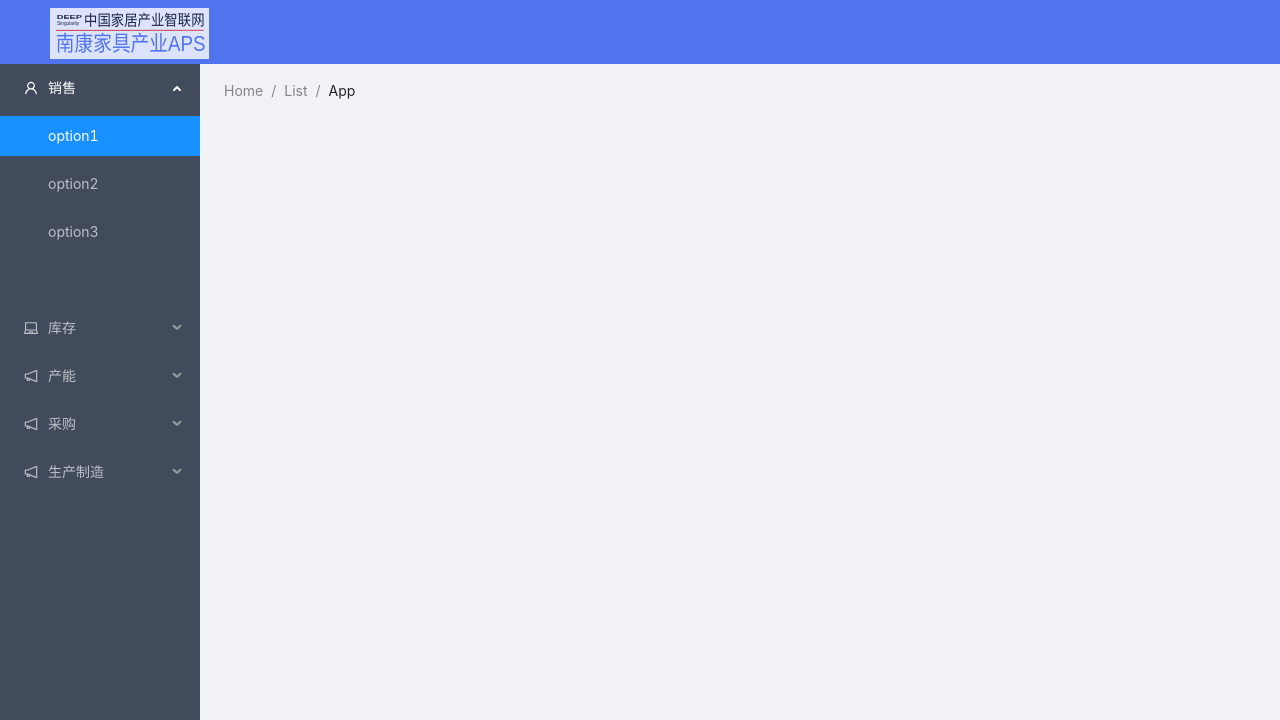
Repository: Vsran/management
Page: /main
An editor plug-in stored every save of this project. The page is shown before and after the next save, followed by the edit.
The browser window is 1280 px wide. The pictures show the whole page.
The project was rebuilt for these pictures with package versions that can differ from the ones it lists, and the page was loaded fresh each time. Also part of the build but not shown: src/pages/login.js, src/pages/register/index.js.

Above is the page before, as saved 2021-02-19 14:56:07.

### public/index.html
<!DOCTYPE html>
<html lang="en">
  <head>
    <meta charset="utf-8" />
    <link rel="icon" href="%PUBLIC_URL%/favicon.ico" />
    <meta name="viewport" content="width=device-width, initial-scale=1" />
    <meta name="theme-color" content="#000000" />
    <meta
      name="description"
      content="Web site created using create-react-app"
    />
    <link rel="apple-touch-icon" href="%PUBLIC_URL%/logo192.png" />
    <!--
      manifest.json provides metadata used when your web app is installed on a
      user's mobile device or desktop. See https://developers.google.com/web/fundamentals/web-app-manifest/
    -->
    <link rel="manifest" href="%PUBLIC_URL%/manifest.json" />
    <!--
      Notice the use of %PUBLIC_URL% in the tags above.
      It will be replaced with the URL of the `public` folder during the build.
      Only files inside the `public` folder can be referenced from the HTML.

      Unlike "/favicon.ico" or "favicon.ico", "%PUBLIC_URL%/favicon.ico" will
      work correctly both with client-side routing and a non-root public URL.
      Learn how to configure a non-root public URL by running `npm run build`.
    -->
    <title>management</title>
  </head>
  <body>
    <noscript>You need to enable JavaScript to run this app.</noscript>
    <div id="root"></div>
    <!--
      This HTML file is a template.
      If you open it directly in the browser, you will see an empty page.

      You can add webfonts, meta tags, or analytics to this file.
      The build step will place the bundled scripts into the <body> tag.

      To begin the development, run `npm start` or `yarn start`.
      To create a production bundle, use `npm run build` or `yarn build`.
    -->
  </body>
</html>

### src/index.js
import React from "react";
import ReactDOM from "react-dom";
import reportWebVitals from "./reportWebVitals";
import App from "./App";
import { Provider } from "react-redux";
import { store } from './redux/store';

ReactDOM.render(
  <React.StrictMode>
    <Provider store={store}>
      <App />
    </Provider>
  </React.StrictMode>,
  document.getElementById("root")
);

// If you want to start measuring performance in your app, pass a function
// to log results (for example: reportWebVitals(console.log))
// or send to an analytics endpoint. Learn more: https://bit.ly/CRA-vitals
reportWebVitals();

### src/App.js
import {
  BrowserRouter as Router,
  Switch,
  Route,
} from 'react-router-dom';
import LogIn from "./pages/login";
import Register from "./pages/register";

import "antd/dist/antd.css";
import { renderRoute } from 'react-router-config';
import UserLayOut from './components/layout/userLayout';

function Authorized() {

}
const routes = [
  {
    component: () => <div>Root</div>,
    routes: [
      {
        path: '/',
        label: '首页',
        exact: true,
        component: () => <div>home</div>
      },

    ]
  }
]

export default function App() {
  return (
    <Router>
      <Switch>
        <Route path='/register'>
          <Register/>
        </Route>
        <Route path='/login'>
          <LogIn />
        </Route>
        <Route path='/main'>
         <UserLayOut/>
        </Route>
      </Switch>
    </Router>
  );
}

### src/redux/store.js
import { createStore, applyMiddleware } from "redux";
import logger from "redux-logger";
import { logReducer } from "./reducer";

export let store = createStore(logReducer, applyMiddleware(logger));

### src/components/layout/userLayout.js
import { Layout, Menu, Breadcrumb } from 'antd';
import { UserOutlined, LaptopOutlined, NotificationOutlined } from '@ant-design/icons';
import { Link } from 'react-router-dom';
import { Route, Switch } from 'react-router-dom';
import icon from '../../imgs/icon.svg';
import './userLayout.scss';
const { SubMenu } = Menu;
const { Header, Content, Sider } = Layout;
export default () =>(
  <Layout className='userlayout'>
    <Header className="header">
      <div className="logo" />
      <img src={icon}/>
    </Header>
    <Layout className='layout'>
      <Sider width={200} className="site-layout-background">
        <Menu
          mode="inline"
          defaultSelectedKeys={['1']}
          defaultOpenKeys={['sub1']}
          style={{ height: '100%', borderRight: 0 }}
          theme="dark"
        >
          <SubMenu key="sub1" icon={<UserOutlined />} title="销售">
            <Menu.Item key="1"><Link to='/main/sub1/option1'>option1</Link></Menu.Item>
            <Menu.Item key="2"><Link to='/main/sub1/option2'>option2</Link></Menu.Item>
            <Menu.Item key="3"><Link to='/main/sub1/option3'>option3</Link></Menu.Item>
            <Menu.Item key="4"><Link to='/main/sub1/option4'></Link></Menu.Item>
          </SubMenu>
          <SubMenu key="sub2" icon={<LaptopOutlined />} title="库存">
            <Menu.Item key="5"><Link to='/main/sub2/option5'>option5</Link></Menu.Item>
            <Menu.Item key="6">option6</Menu.Item>
            <Menu.Item key="7">option7</Menu.Item>
            <Menu.Item key="8">option8</Menu.Item>
          </SubMenu>
          <SubMenu key="sub3" icon={<NotificationOutlined />} title="产能">
            <Menu.Item key="9">option9</Menu.Item>
            <Menu.Item key="10">option10</Menu.Item>
            <Menu.Item key="11">option11</Menu.Item>
            <Menu.Item key="12">option12</Menu.Item>
          </SubMenu>
          <SubMenu key="sub4" icon={<NotificationOutlined />} title="采购">
            <Menu.Item key="12">option9</Menu.Item>
            <Menu.Item key="13">option10</Menu.Item>
            <Menu.Item key="14">option11</Menu.Item>
            <Menu.Item key="15">option12</Menu.Item>
          </SubMenu>
          <SubMenu key="sub5" icon={<NotificationOutlined />} title="生产制造">
            <Menu.Item key="16">option9</Menu.Item>
            <Menu.Item key="17">option10</Menu.Item>
            <Menu.Item key="18">option11</Menu.Item>
            <Menu.Item key="19">option12</Menu.Item>
          </SubMenu>
        </Menu>
      </Sider>
      <Layout style={{ padding: '0 24px 24px' }}>
        <Breadcrumb style={{ margin: '16px 0' }}>
          <Breadcrumb.Item>Home</Breadcrumb.Item>
          <Breadcrumb.Item>List</Breadcrumb.Item>
          <Breadcrumb.Item>App</Breadcrumb.Item>
        </Breadcrumb>
        <Content
          className="site-layout-background"
          style={{
            padding: 24,
            margin: 0,
            minHeight: 280,
          }}
        >
          <Switch>
            <Route path='/main/sub1/option1'>option1</Route>
            <Route path='/main/sub1/option2'>option2</Route>
            <Route path='/main/sub1/option3'>option3</Route>
            <Route path='/main/sub2/option5'>option5</Route>
          </Switch>
        </Content>
      </Layout>
    </Layout>
  </Layout>
);

### src/redux/reducer.js
export function logReducer(state = { logged: false }, action) {
  switch (action.type) {
    case "logIn":
      return { logged: true };
    case "logOut":
      return { logged: false };
    default:
      return state;
  }
}

### src/components/layout/userLayout.scss
img{
    width: auto;
    height: 80%;
    background: rgba(255, 255, 255, 0.8);
}
.ant-layout-header{
    background: rgb(80, 116, 238);
}
.ant-menu-dark .ant-menu-inline.ant-menu-sub {
    background: #414b5b;
}
.ant-menu.ant-menu-dark{
    background:#414b5b;
}
.userlayout{
    height: 100vh;
}

Loaded but not shown: src/reportWebVitals.js (common file); src/pages/register/index.scss (no stored copy; drawn as an empty file)

After the next save:
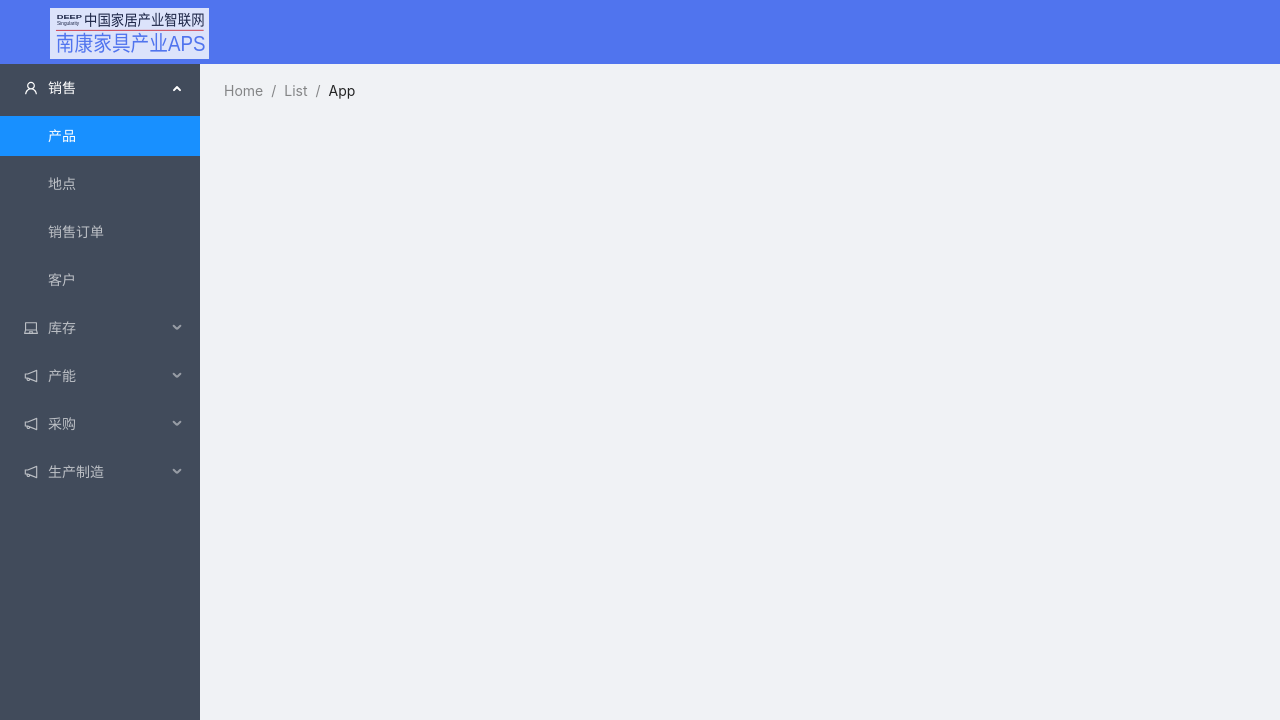
Saved 5 min 46 s later.
--- a/src/components/layout/userLayout.js
+++ b/src/components/layout/userLayout.js
@@ -22,34 +22,36 @@
           theme="dark"
         >
           <SubMenu key="sub1" icon={<UserOutlined />} title="销售">
-            <Menu.Item key="1"><Link to='/main/sub1/option1'>option1</Link></Menu.Item>
-            <Menu.Item key="2"><Link to='/main/sub1/option2'>option2</Link></Menu.Item>
-            <Menu.Item key="3"><Link to='/main/sub1/option3'>option3</Link></Menu.Item>
-            <Menu.Item key="4"><Link to='/main/sub1/option4'></Link></Menu.Item>
+            <Menu.Item key="1"><Link to='/main/sub1/option1'>产品</Link></Menu.Item>
+            <Menu.Item key="2"><Link to='/main/sub1/option2'>地点</Link></Menu.Item>
+            <Menu.Item key="3"><Link to='/main/sub1/option3'>销售订单</Link></Menu.Item>
+            <Menu.Item key="4"><Link to='/main/sub1/option4'>客户</Link></Menu.Item>
           </SubMenu>
           <SubMenu key="sub2" icon={<LaptopOutlined />} title="库存">
-            <Menu.Item key="5"><Link to='/main/sub2/option5'>option5</Link></Menu.Item>
-            <Menu.Item key="6">option6</Menu.Item>
-            <Menu.Item key="7">option7</Menu.Item>
-            <Menu.Item key="8">option8</Menu.Item>
+            <Menu.Item key="5"><Link to='/main/sub2/option5'>库存</Link></Menu.Item>
+            <Menu.Item key="6">产品配送</Menu.Item>
+            <Menu.Item key="7">库存报告</Menu.Item>
           </SubMenu>
           <SubMenu key="sub3" icon={<NotificationOutlined />} title="产能">
-            <Menu.Item key="9">option9</Menu.Item>
-            <Menu.Item key="10">option10</Menu.Item>
-            <Menu.Item key="11">option11</Menu.Item>
-            <Menu.Item key="12">option12</Menu.Item>
+            <Menu.Item key="8">资源</Menu.Item>
+            <Menu.Item key="9">资源报告</Menu.Item>
           </SubMenu>
           <SubMenu key="sub4" icon={<NotificationOutlined />} title="采购">
-            <Menu.Item key="12">option9</Menu.Item>
-            <Menu.Item key="13">option10</Menu.Item>
-            <Menu.Item key="14">option11</Menu.Item>
-            <Menu.Item key="15">option12</Menu.Item>
+            <Menu.Item key="10">供应商</Menu.Item>
+            <Menu.Item key="11">产品供应商</Menu.Item>
+            <Menu.Item key="12">采购报告</Menu.Item>
           </SubMenu>
           <SubMenu key="sub5" icon={<NotificationOutlined />} title="生产制造">
-            <Menu.Item key="16">option9</Menu.Item>
-            <Menu.Item key="17">option10</Menu.Item>
-            <Menu.Item key="18">option11</Menu.Item>
-            <Menu.Item key="19">option12</Menu.Item>
+            <Menu.Item key="13">日历</Menu.Item>
+            <Menu.Item key="14">班次</Menu.Item>
+            <Menu.Item key="15">操作</Menu.Item>
+            <Menu.Item key="16">操作-清单</Menu.Item>
+            <Menu.Item key="17">生产单</Menu.Item>
+            <Menu.Item key="18">执行-调度规则管理</Menu.Item>
+            <Menu.Item key="19">计划编辑-甘特图</Menu.Item>
+            <Menu.Item key="20">计划编辑-列表</Menu.Item>
+            <Menu.Item key="21">库存计划</Menu.Item>
+            <Menu.Item key="22">执行-WhatIf场景管理</Menu.Item>
           </SubMenu>
         </Menu>
       </Sider>
